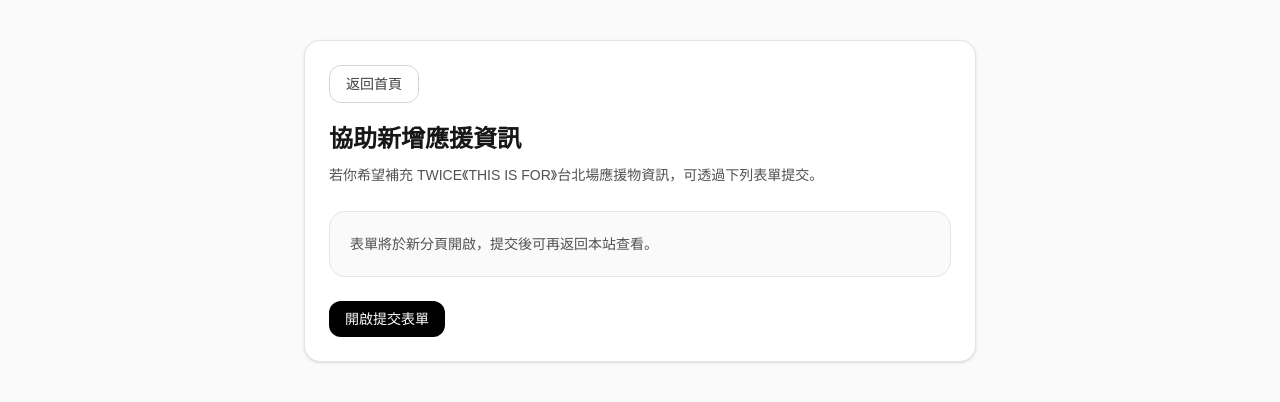
Repository: tzuhan2575/cheering-source-site
Page: /submit
The author's editor kept a copy of each file at every save. The page is drawn from the files as they stood at one save, then again after the next save.
The browser window is 1280 px wide. The pictures show the whole page.
The page's requests for data from a server got no answer. The project was rebuilt for these pictures with package versions that can differ from the ones it lists, and the page was loaded fresh each time. The framework's server and built-in components were replaced by stand-ins that run in the browser. No one was signed in, and anything a server would have sent is missing. Also part of the build but not shown: next.config.ts.

Above is the page before, as saved 2026-03-14 20:10:55.

### app/submit/page.tsx
"use client";

import Link from "next/link";

const SUBMIT_FORM_URL = process.env.NEXT_PUBLIC_SUBMIT_FORM_URL || "#";

export default function SubmitPage() {
  return (
    <main className="min-h-screen bg-neutral-50 px-6 py-10">
      <div className="mx-auto max-w-2xl rounded-2xl border border-neutral-200 bg-white p-6 shadow-sm">
        <div className="mb-5">
          <Link
            href="/"
            className="inline-flex rounded-xl border border-neutral-300 bg-white px-4 py-2 text-sm text-neutral-700 transition hover:border-neutral-400"
          >
            返回首頁
          </Link>
        </div>

        <h1 className="text-2xl font-bold text-neutral-900">協助新增應援資訊</h1>
        <p className="mt-2 text-sm leading-6 text-neutral-600">
          若你希望補充 TWICE《THIS IS FOR》台北場應援物資訊，可透過下列表單提交。
        </p>

        <div className="mt-6 rounded-2xl border border-neutral-200 bg-neutral-50 p-5 text-sm leading-6 text-neutral-600">
          <p>
            表單將於新分頁開啟，提交後可再返回本站查看。
          </p>
        </div>

        <div className="mt-6">
          <a
            href={SUBMIT_FORM_URL}
            target="_blank"
            rel="noreferrer"
            className="inline-flex rounded-xl bg-black px-4 py-2 text-sm text-white transition hover:opacity-90"
          >
            開啟提交表單
          </a>
        </div>
      </div>
    </main>
  );
}

Loaded but not shown: app/layout.tsx (common file); app/globals.css (common file)

After the next save:
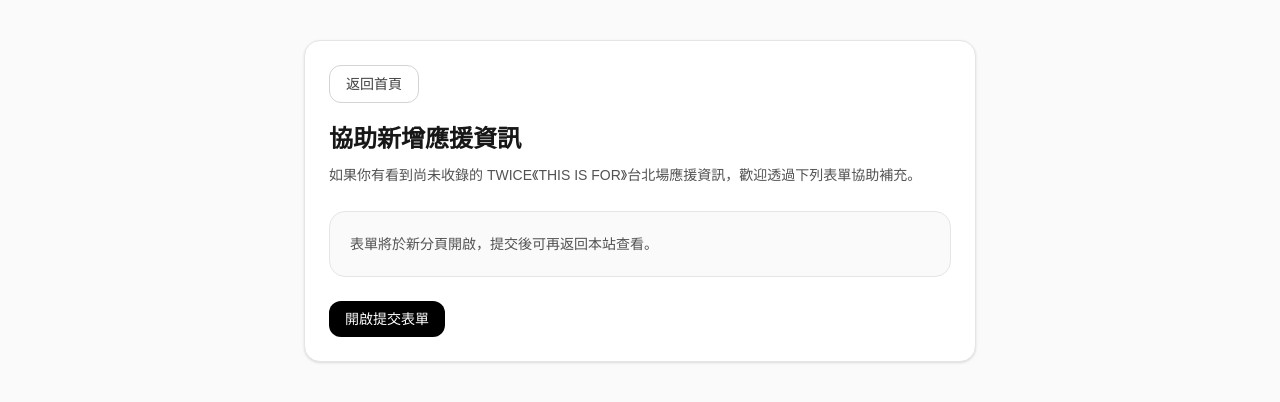
Saved 8 s later.
--- a/app/submit/page.tsx
+++ b/app/submit/page.tsx
@@ -17,15 +17,16 @@
           </Link>
         </div>
 
-        <h1 className="text-2xl font-bold text-neutral-900">協助新增應援資訊</h1>
+        <h1 className="text-2xl font-bold text-neutral-900">
+          協助新增應援資訊
+        </h1>
         <p className="mt-2 text-sm leading-6 text-neutral-600">
-          若你希望補充 TWICE《THIS IS FOR》台北場應援物資訊，可透過下列表單提交。
+          如果你有看到尚未收錄的 TWICE《THIS IS
+          FOR》台北場應援資訊，歡迎透過下列表單協助補充。
         </p>
 
         <div className="mt-6 rounded-2xl border border-neutral-200 bg-neutral-50 p-5 text-sm leading-6 text-neutral-600">
-          <p>
-            表單將於新分頁開啟，提交後可再返回本站查看。
-          </p>
+          <p>表單將於新分頁開啟，提交後可再返回本站查看。</p>
         </div>
 
         <div className="mt-6">
